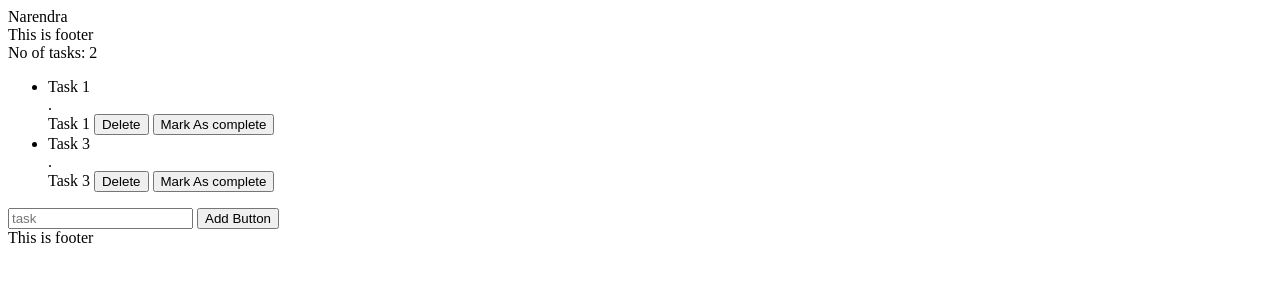
Repository: narendraiitm/jan-2023-term-live-session
Page: todo-vue/index.html
The author's editor kept a copy of each file at every save. The page is drawn from the files as they stood at one save, then again after the next save.
The browser window is 1280 px wide. The pictures show the whole page.

Above is the page before, as saved 2023-02-16 17:54:00.

After the next save:
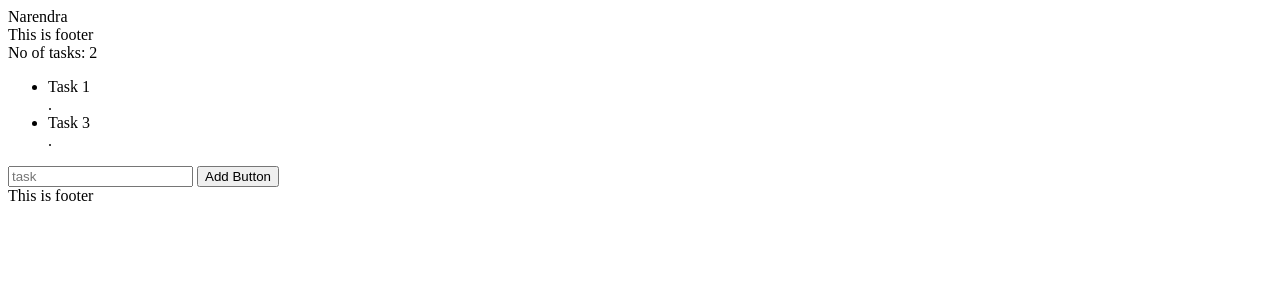
Saved 42 s later.
--- a/todo-vue/app.js
+++ b/todo-vue/app.js
@@ -25,9 +25,6 @@ new Vue({
 
     <li v-for='(task, index) in tasks'>
         <Task :childTask="task" />
-        <span :class='{complete: task.complete}'>{{task.name}}</span>
-        <button @click='deleteTask(index)'> Delete</button>
-        <button @click='markAsComplete(index)'> Mark As complete</button>
     </li>
   </ul>
   <input placeholder='task' v-model='currentTask' />
